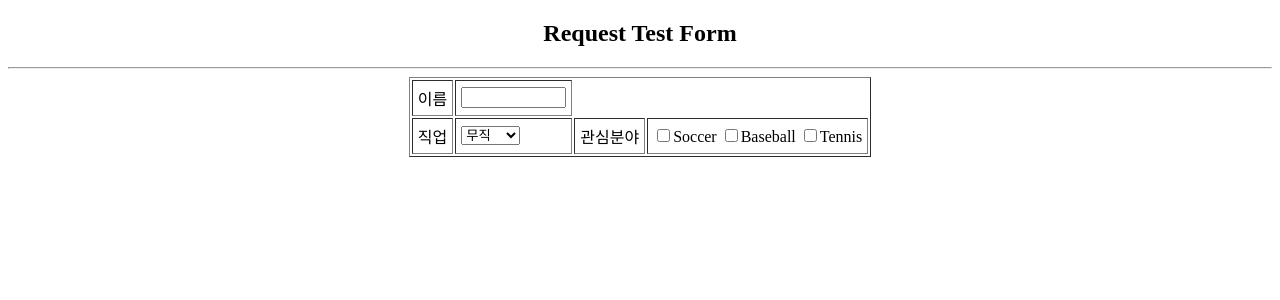
Repository: HyeonbinSa/JSPBook
Page: jspbook/WebContent/ch06/implicit.html
The author's editor kept a copy of each file at every save. The page is drawn from the files as they stood at one save, then again after the next save.
The browser window is 1280 px wide. The pictures show the whole page.

Above is the page before, as saved 2020-01-02 09:49:42.

### jspbook/WebContent/ch06/implicit.html
<!DOCTYPE html>
<html>
<head>
<meta charset="UTF-8">
<title>Request Test Form</title>
<script>
document.cookie="test=OK."
</script>
<style>
table{
	border-spacing : 1;
}
td, th{
	padding : 5px;
}
</style>
</head>
<body>
<div align="center">
<h2>Request Test Form</h2>
<hr>
<form name="form1" method="post" action="request_result.jsp">
	<table border=1>
		<tr>
		<td>이름</td>
		<td><input type=text size=10 name=username></td>
		<tr>
		<td>직업</td>
		<td>
		<select name="job">
			<option selected>무직</option>
			<option>회사원</option>
			<option>학생</option>
		</select>
		</td>
		<td>관심분야</td>
		<td>
			<input type="checkbox" name="favorite" value="soccer">Soccer
			<input type="checkbox" name="favorite" value="baseball">Baseball
			<input type="checkbox" name="favorite" value="Tennis">Tennis
		</td>
	</table>
</form>
</div>
</body>
</html>

After the next save:
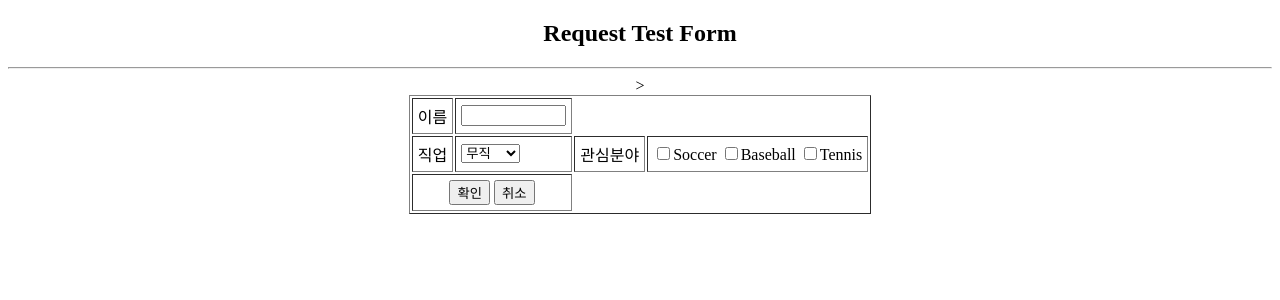
Saved 73 s later.
--- a/jspbook/WebContent/ch06/implicit.html
+++ b/jspbook/WebContent/ch06/implicit.html
@@ -39,6 +39,8 @@ td, th{
 			<input type="checkbox" name="favorite" value="baseball">Baseball
 			<input type="checkbox" name="favorite" value="Tennis">Tennis
 		</td>
+		<tr><td colspan=2 align="center"><input type="submit" value="확인">
+		<input type="reset" value="취소"></td>></tr>
 	</table>
 </form>
 </div>
